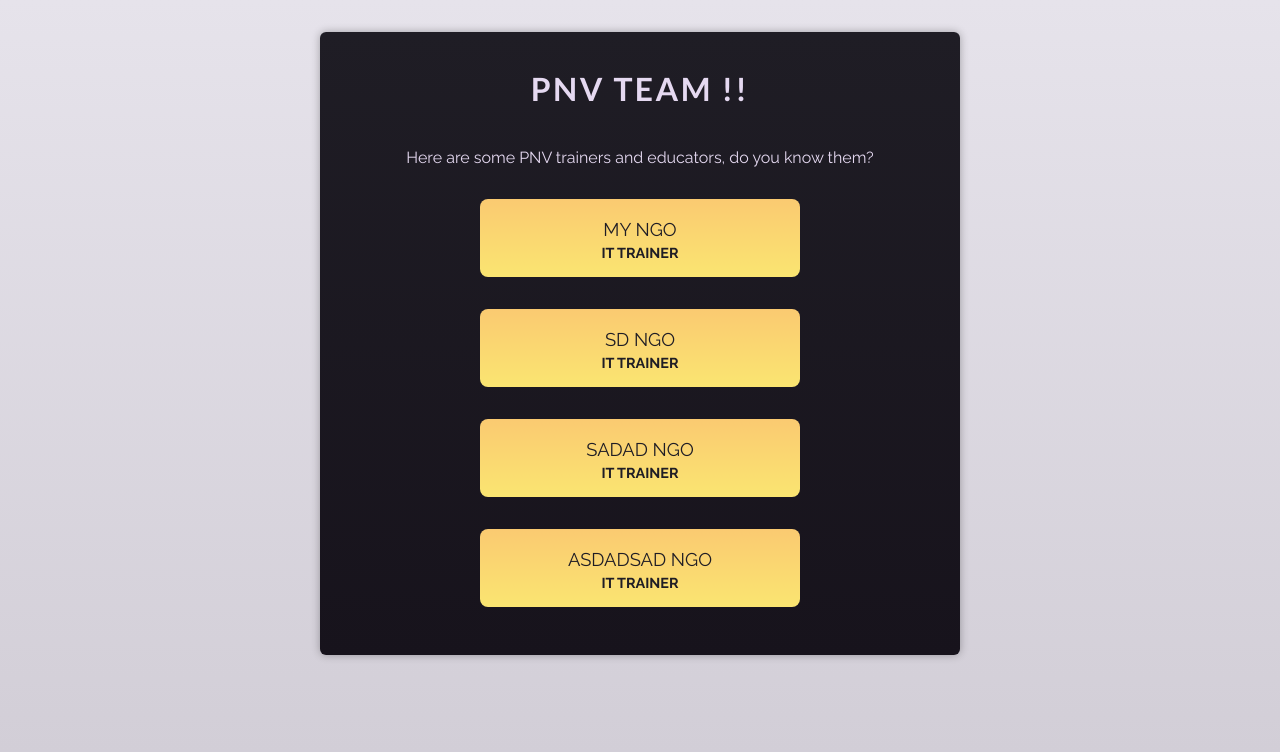
Repository: SoutPanhavon168/S2---PRACTICE---Props---List-display
Page: / (app in exercise-3/)
An editor plug-in stored every save of this project. The page is shown before and after the next save, followed by the edit.
The browser window is 1280 px wide. The pictures show the whole page.
The project was rebuilt for these pictures with package versions that can differ from the ones it lists, and the page was loaded fresh each time. Also part of the build but not shown: exercise-3/vite.config.js.

Above is the page before, as saved 2025-02-27 14:21:25.

### exercise-3/src/App.jsx
import React from "react";
import { ALL_PNV_TEACHERS } from "./teachers.js";

// NO change to perform here...
export function User({ user }) {
  return (
    <div id="user" data-testid="user">
      <h2>
        {user.firstName} {user.lastName}{" "}
      </h2>
      <p> {user.title}</p>
    </div>
  );
}

function App() {
  return (
    <div id="app">
      <h1>PNV Team !!</h1>
      <p>Here are some PNV trainers and educators, do you know them?</p>
      {
          ALL_PNV_TEACHERS.map((pnv_teacher , index) => (<User key={index} user={pnv_teacher} />))
      }
      {/* How to loop on ALL_PNV_TEACHERS list ? */}
    </div>
  );
}

export default App;

Loaded but not shown: exercise-3/index.html (common file); exercise-3/src/index.jsx (common file); exercise-3/src/index.css (common file); exercise-3/src/teachers.js (common file)

After the next save:
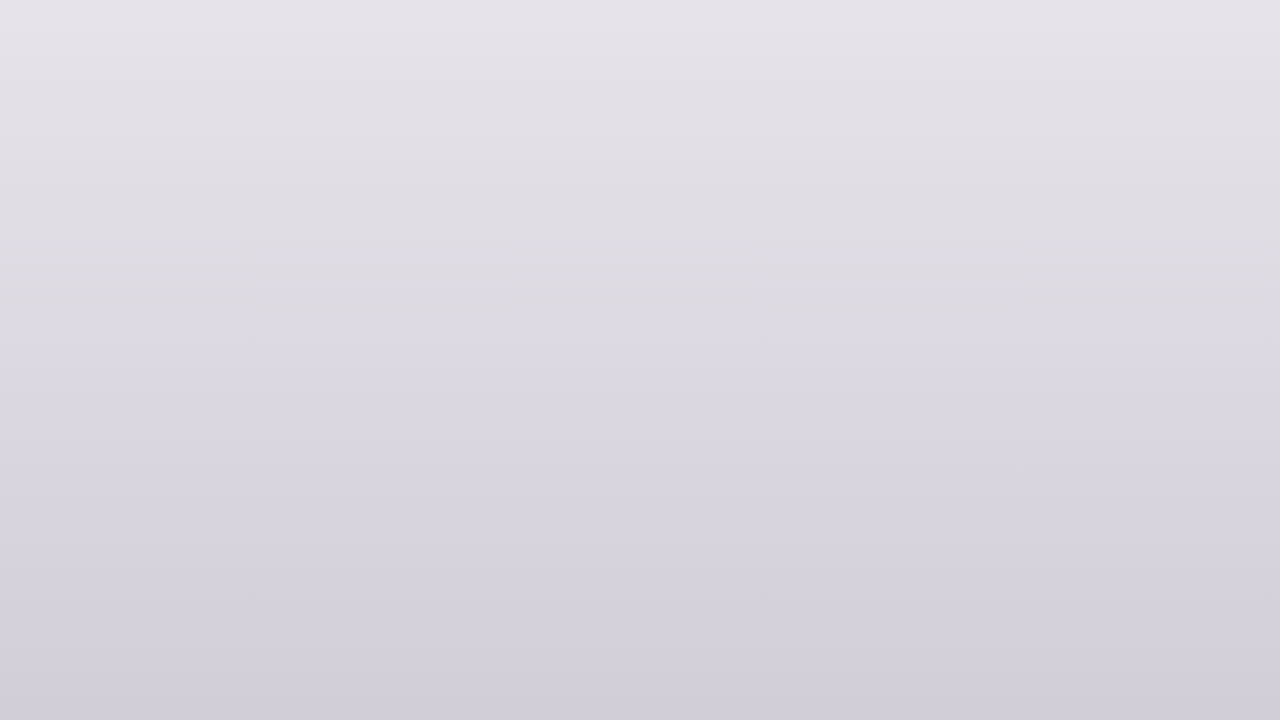
Console error: ReferenceError: pnv_ is not defined
Saved 2 min 40 s later.
--- a/exercise-3/src/App.jsx
+++ b/exercise-3/src/App.jsx
@@ -19,7 +19,7 @@
       <h1>PNV Team !!</h1>
       <p>Here are some PNV trainers and educators, do you know them?</p>
       {
-          ALL_PNV_TEACHERS.map((pnv_teacher , index) => (<User key={index} user={pnv_teacher} />))
+          ALL_PNV_TEACHERS.map((pnv_teacher , index) => (<User key={pnv_} user={pnv_teacher} />))
       }
       {/* How to loop on ALL_PNV_TEACHERS list ? */}
     </div>

After the save that followed:
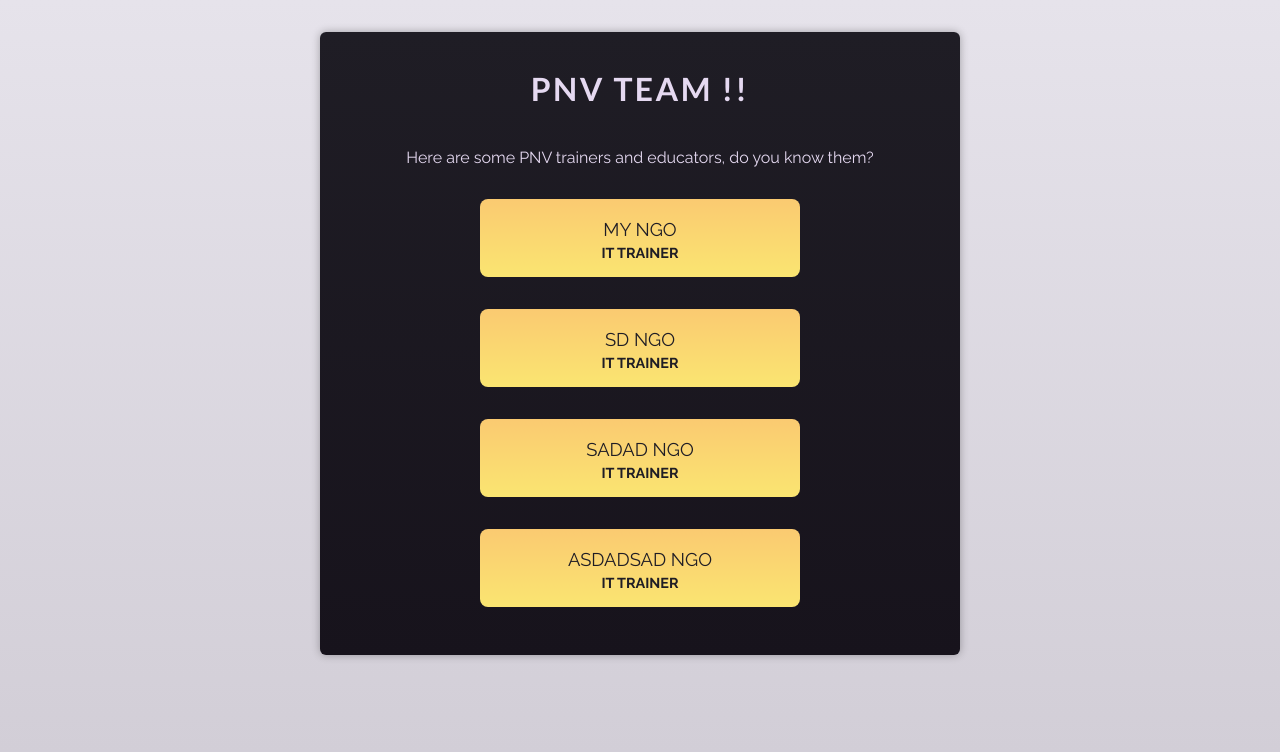
The error is gone.
Saved 13 s later.
--- a/exercise-3/src/App.jsx
+++ b/exercise-3/src/App.jsx
@@ -19,7 +19,7 @@
       <h1>PNV Team !!</h1>
       <p>Here are some PNV trainers and educators, do you know them?</p>
       {
-          ALL_PNV_TEACHERS.map((pnv_teacher , index) => (<User key={pnv_} user={pnv_teacher} />))
+          ALL_PNV_TEACHERS.map((pnv_teacher , index) => (<User key={pnv_teacher} user={pnv_teacher} />))
       }
       {/* How to loop on ALL_PNV_TEACHERS list ? */}
     </div>
